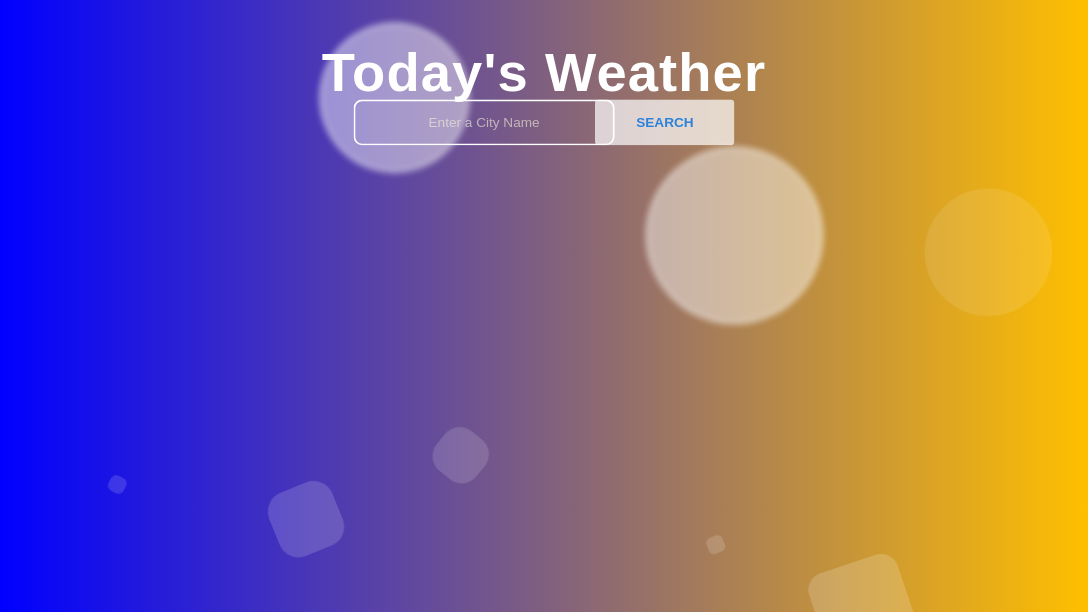
Repository: KayceeNguyen/bubleweather-app
Page: /
These files come from the project's save history. The page is drawn as it stood at one moment and after the next save; the edit follows.
The browser window is 1280 px wide. The pictures show the whole page, at 85% of full size.
The project was rebuilt for these pictures with package versions that can differ from the ones it lists, and the page was loaded fresh each time. The framework's server and built-in components were replaced by stand-ins that run in the browser. Also part of the build but not shown: next.config.js.

Above is the page before, as saved 2023-01-20 01:54:03.

### pages/index.js
import Head from 'next/head'
import Image from 'next/image'
import { Inter } from '@next/font/google'
import styles from '@/styles/Home.module.css'
import { useEffect, useState } from 'react'
import axios from 'axios'
// import { setMaxListeners } from 'events'


const inter = Inter({ subsets: ['latin'] })

export default function Home() {

  const [location, setLocation] = useState('');
  const [data, setData] = useState({});
  const [weather, setWeather] = useState('');
  const [wind, setWind] = useState('');
  const [errorMessage, setErrorMessage] = useState('');
  const [icon, setIcon] = useState('');
  const [country, setCountry] = useState('');

  var apiKey = "a26e0a15f49a8c5e5634e795262ea5cd"
  var lang = "en";
  var units = "metric";
  const url = `https://api.openweathermap.org/data/2.5/weather?q=${location}&units=${units}&appid=${apiKey}&lang=${lang}`

  // const iconApi = await fetch('http://openweathermap.org/img/w/' + iconName + '.png')
  //           this.setState({
  //               icon : iconApi.url
  //           })

  // const imageUrl = `https://api.openweathermap.org/img/weather?q=${data.weather.icon}`

  console.log(url);

  const searchLocation = (event) => {
    if(event.key === "Enter") {
      axios.get(url)
      .then((response) => {

        console.clear();
        setData(response.data)
        console.log(response.data);
        setWeather(response.data.weather);
        // setMaxListeners(response.data.main)
        setWind(response.data.wind);
        setIcon(response.data.icon);
        setCountry(response.data.country)
        setErrorMessage("")

      }).catch(err => {

        console.log(err);
        setErrorMessage("Please enter another location");
        setData({});
        setWeather({});
        setIcon();
        setWind();
        setCountry();

      })

      setLocation('')
    }


  }

  return (
    <>
      <Head>
        <title>Bubble Weather App</title>
        <meta name="description" content="Generated by create next app" />
        <meta name="viewport" content="width=device-width, initial-scale=1" />
        <link rel="icon" href="/cloudy.ico" />
      </Head>
      <main className={styles.main}>

          <div className={styles.area} >
            <ul className={styles.circles}>
                    <li></li>
                    <li></li>
                    <li></li>
                    <li></li>
                    <li></li>
                    <li></li>
                    <li></li>
                    <li></li>
                    <li></li>
                    <li></li>
            </ul>
          </div >

        <h1 className={styles.header}>Today's Weather</h1>

        <div className={styles.wrapper}>
                <div className={styles.shape1}></div>
                <div className={styles.shape2}></div>

          <div className={styles.searchContainer}>
            <input id={styles.input}

              value={location}
              onChange={event => setLocation(event.target.value)}
              placeholder ="Enter a City Name"
              onKeyDown={searchLocation}
              type="text"

            />

          <button className={styles.searchBtn}
            type="submit"
            onClick={setWeather}

          >SEARCH</button>


          </div>





      </div>

        {
          weather && data.weather?.map((w, index) => {
            return (

                <div className={styles.container} key={index}>

                  <h2 className={styles.name}>{data.name}, {data.sys.country}</h2>

                  {/* <div className={styles.iconId}>{w.icon}</div> */}

                  <img className={styles.icon}
                    src={` http://openweathermap.org/img/wn/${w.icon}@2x.png`}
                  />

                  <br/>
                  <br/>
                  <br/>

                  <div className={styles.temp}>{data.main.temp}&#176;C</div>
                  <div className={styles.feelLike}>Feel Like: {data.main.feels_like}&#176;C</div>
                  <br/>



                  <div className={styles.desc}>
                    <div>{w.description} | {w.main}</div>
                    {/* <div>{w.imgUrl}</div> */}
                  </div>

                  <br/>
                  <br/>

                  <div className={styles.tempContainer}>

                    <div className={styles.low}>
                        <h4 className={styles.tittle}>Lowest Temp</h4>
                        <h4 className={styles.tempMin}>{data.main.temp_min}&#176;C</h4>
                    </div>

                    <div className={styles.high}>
                        <h4 className={styles.tittle}>Highest Temp</h4>
                        <div className={styles.tempMax}>{data.main.temp_max}&#176;C</div>
                    </div>

                  </div>

                  <br/>
                  <br/>


                      <div className={styles.wind}>
                        <h4 className={styles.tittle}>Wind gust</h4>
                        <div className={styles.windNum}>{data.wind.gust} m/s</div>
                      </div>


                </div>


            )
          })
        }





      </main>
    </>
  )
}

### styles/Home.module.css
.main {
  display: flex;
  flex-direction: column;
  justify-content: space-between;
  align-items: center;
  padding: 6rem;
  min-height: 100vh;
  font-family: Arial, Helvetica, sans-serif;
  color: white;
}

.description {
  display: inherit;
  justify-content: inherit;
  align-items: inherit;
  font-size: 0.85rem;
  max-width: var(--max-width);
  width: 100%;
  z-index: 2;
  font-family: var(--font-mono);
}

.description a {
  display: flex;
  justify-content: center;
  align-items: center;
  gap: 0.5rem;
}

.description p {
  position: relative;
  margin: 0;
  padding: 1rem;
  background-color: rgba(var(--callout-rgb), 0.5);
  border: 1px solid rgba(var(--callout-border-rgb), 0.3);
  border-radius: var(--border-radius);
}

.code {
  font-weight: 700;
  font-family: var(--font-mono);
}

.grid {
  display: grid;
  grid-template-columns: repeat(4, minmax(25%, auto));
  width: var(--max-width);
  max-width: 100%;
}

.card {
  padding: 1rem 1.2rem;
  border-radius: var(--border-radius);
  background: rgba(var(--card-rgb), 0);
  border: 1px solid rgba(var(--card-border-rgb), 0);
  transition: background 200ms, border 200ms;
}

.card span {
  display: inline-block;
  transition: transform 200ms;
}

.card h2 {
  font-weight: 600;
  margin-bottom: 0.7rem;
}

.card p {
  margin: 0;
  opacity: 0.6;
  font-size: 0.9rem;
  line-height: 1.5;
  max-width: 30ch;
}

.center {
  display: flex;
  justify-content: center;
  align-items: center;
  position: relative;
  padding: 4rem 0;
}

.center::before {
  background: var(--secondary-glow);
  border-radius: 50%;
  width: 480px;
  height: 360px;
  margin-left: -400px;
}

.center::after {
  background: var(--primary-glow);
  width: 240px;
  height: 180px;
  z-index: -1;
}

.center::before,
.center::after {
  content: '';
  left: 50%;
  position: absolute;
  filter: blur(45px);
  transform: translateZ(0);
}

.logo,
.thirteen {
  position: relative;
}

.thirteen {
  display: flex;
  justify-content: center;
  align-items: center;
  width: 75px;
  height: 75px;
  padding: 25px 10px;
  margin-left: 16px;
  transform: translateZ(0);
  border-radius: var(--border-radius);
  overflow: hidden;
  box-shadow: 0px 2px 8px -1px #0000001a;
}

.thirteen::before,
.thirteen::after {
  content: '';
  position: absolute;
  z-index: -1;
}

/* Conic Gradient Animation */
.thirteen::before {
  animation: 6s rotate linear infinite;
  width: 200%;
  height: 200%;
  background: var(--tile-border);
}

/* Inner Square */
.thirteen::after {
  inset: 0;
  padding: 1px;
  border-radius: var(--border-radius);
  background: linear-gradient(
    to bottom right,
    rgba(var(--tile-start-rgb), 1),
    rgba(var(--tile-end-rgb), 1)
  );
  background-clip: content-box;
}

/* Enable hover only on non-touch devices */
@media (hover: hover) and (pointer: fine) {
  .card:hover {
    background: rgba(var(--card-rgb), 0.1);
    border: 1px solid rgba(var(--card-border-rgb), 0.15);
  }

  .card:hover span {
    transform: translateX(4px);
  }
}

@media (prefers-reduced-motion) {
  .thirteen::before {
    animation: none;
  }

  .card:hover span {
    transform: none;
  }
}

/* Mobile */
@media (max-width: 700px) {
  .content {
    padding: 4rem;
  }

  .grid {
    grid-template-columns: 1fr;
    margin-bottom: 120px;
    max-width: 320px;
    text-align: center;
  }

  .card {
    padding: 1rem 2.5rem;
  }

  .card h2 {
    margin-bottom: 0.5rem;
  }

  .center {
    padding: 8rem 0 6rem;
  }

  .center::before {
    transform: none;
    height: 300px;
  }

  .description {
    font-size: 0.8rem;
  }

  .description a {
    padding: 1rem;
  }

  .description p,
  .description div {
    display: flex;
    justify-content: center;
    position: fixed;
    width: 100%;
  }

  .description p {
    align-items: center;
    inset: 0 0 auto;
    padding: 2rem 1rem 1.4rem;
    border-radius: 0;
    border: none;
    border-bottom: 1px solid rgba(var(--callout-border-rgb), 0.25);
    background: linear-gradient(
      to bottom,
      rgba(var(--background-start-rgb), 1),
      rgba(var(--callout-rgb), 0.5)
    );
    background-clip: padding-box;
    backdrop-filter: blur(24px);
  }

  .description div {
    align-items: flex-end;
    pointer-events: none;
    inset: auto 0 0;
    padding: 2rem;
    height: 200px;
    background: linear-gradient(
      to bottom,
      transparent 0%,
      rgb(var(--background-end-rgb)) 40%
    );
    z-index: 1;
  }
}

/* Tablet and Smaller Desktop */
@media (min-width: 701px) and (max-width: 1120px) {
  .grid {
    grid-template-columns: repeat(2, 50%);
  }
}

@media (prefers-color-scheme: dark) {
  .vercelLogo {
    filter: invert(1);
  }

  .logo,
  .thirteen img {
    filter: invert(1) drop-shadow(0 0 0.3rem #ffffff70);
  }
}

@keyframes rotate {
  from {
    transform: rotate(360deg);
  }
  to {
    transform: rotate(0deg);
  }
}

/****************GRADIENT BACKGROUND****************/

.main {
  /* height: 100vw; */
  background: linear-gradient(to right, #ffbf00, #00f); /* Set the initial gradient */
  background-size: 200% 100%; /* Increase the size of the gradient */
  animation: gradient 15s ease infinite; /* Animate the gradient */
}

@keyframes gradient {
  0% {
    background-position: 0% 50%; /* Set the starting position of the gradient */
  }
  50% {
    background-position: 100% 50%; /* Shift the gradient to the right */
  }
  100% {
    background-position: 0% 50%; /* Shift the gradient back to the left */
  }
}

/* Change the colors of the gradient as the cursor moves */
.main:hover {
  background: linear-gradient(to right, #00f, #ffbf00);
}

.header {
  font-weight: bold;
  font-size: 4rem;
  letter-spacing: 0.02em;
  padding: 0 0 30px 0;
  position: absolute;
  top: 3rem;
}

.wrapper {
  font-size: 16px;
  width: 100vw;
  max-width: 28em;
  position: absolute;
  transform: translate(-50%, -50%);
  top: 20%;
  left: 50%;
}

.shape, .shape1, .shape2 {
  position: absolute;
  background-color: hsl(0, 0%, 100%, 45%);
  filter: blur(4px);
  border: 2px solid hsl(0, 0%, 100%, 80%);
  border-radius: 50%;
}


.shape1 {
  height: 13em;
  width: 13em;
  right: -6.5em;
  top: 1.8em;
}

.shape2 {
  height: 11em;
  width: 11em;
  bottom: -3.7em;
  left: -2.5em;
}

.searchContainer {
  display: flex;
  align-items: center;
}

#input {
  font-size: 1em;
  font-family: Arial, Helvetica, sans-serif;
  margin: auto;
  position: absolute;
  display: inline-block;
  text-align: center;
  align-items: center;
  padding-left: 3em;
  padding-right: 3em;
  padding-top: 1em;
  padding-bottom: 1em;

  background-color: transparent;
  border: 2px solid white;
  color: white;
  font-weight: 300;
  border-radius: 10px;
}

#input::placeholder {
  color: hsl(60, 56%, 91%, 0.6);
}

.searchBtn {
  outline: none;
  font-family: Arial, Helvetica, sans-serif;
  right: 0px;
  position: absolute;
  display: flex;
  text-align: center;
  align-items: center;
  justify-content: center;
  display: inline-block;
  font-size: 1em;
  border: none;

  padding-left: 3em;
  padding-right: 3em;
  padding-top: 1.1em;
  padding-bottom: 1.1em;

  color: hsl(210, 70%, 51%);
  background-color: hsl(0, 0%, 100%, 70%);
  border-radius: 0.3em;
  font-weight: 800;
}

.name {
  text-align: center;
  position: relative;
}

.container {
  position: absolute;
  top: 0;


  display: flex;
  flex-direction: column;
  justify-content: space-between;
  align-items: center;
  padding: 6rem;
  margin: 10rem;

  width: 100%;
  border-radius: 1em;
  text-align: center;

  background: hsl(0, 0%, 100%, 20%);
  backdrop-filter: blur(10px);
  padding: 3em 1.8em;
  border: 4px solid rgba(255, 255, 255, 0.7);
}

.desc {
  text-align: center;
  position: absolute;
  /* top: 12rem; */
}

.temp {
  font-size: 8em;
}

.tempContainer {
  display: flex;
  justify-content: center;
}

.tempContainer div {
  padding: 0.3em 1em;
}

.tempContainer div:first-child {
  border-right: 1px solid white;
}

.tempContainer .tittle {
  font-weight: 600;
  color: var(--white);
}

.tempContainer .temp {
  font-weight: 300;
  padding: 3em;
  color: var(--off-white);
}

.tempMin, .tempMax {
  font-weight: 100;
  padding: 5px;
  position: relative;
  display: inline-block;
  left: 0;

}

@media screen and (max-width: 450px) {
  .wrapper {
    font-size: 14px;
  }
}

/* .icon {
  padding-top: 2rem;
} */

.tittle {
  padding: 10px;
}

.area{
  background: -webkit-linear-gradient(to left, #C8102E, #446eac);
  width: 100vw;
  height:100%;
}

.circles{
  position: absolute;
  top: 0;
  left: 0;
  width: 100%;
  height: 100%;
  overflow: hidden;
}

.circles li{
  position: absolute;
  display: block;
  list-style: none;
  width: 20px;
  height: 20px;
  background: rgba(255, 255, 255, 0.2);
  animation: animate 25s linear infinite;
  bottom: -150px;
}

.circles li:nth-child(1){
  left: 25%;
  width: 80px;
  height: 80px;
  animation-delay: 0s;
}


.circles li:nth-child(2){
  left: 10%;
  width: 20px;
  height: 20px;
  animation-delay: 2s;
  animation-duration: 12s;
}

.circles li:nth-child(3){
  left: 70%;
  width: 20px;
  height: 20px;
  animation-delay: 4s;
}

.circles li:nth-child(4){
  left: 40%;
  width: 60px;
  height: 60px;
  animation-delay: 0s;
  animation-duration: 18s;
}

.circles li:nth-child(5){
  left: 65%;
  width: 20px;
  height: 20px;
  animation-delay: 0s;
}

.circles li:nth-child(6){
  left: 75%;
  width: 110px;
  height: 110px;
  animation-delay: 3s;
}

.circles li:nth-child(7){
  left: 35%;
  width: 150px;
  height: 150px;
  animation-delay: 7s;
}

.circles li:nth-child(8){
  left: 50%;
  width: 25px;
  height: 25px;
  animation-delay: 15s;
  animation-duration: 45s;
}

.circles li:nth-child(9){
  left: 20%;
  width: 15px;
  height: 15px;
  animation-delay: 2s;
  animation-duration: 35s;
}

.circles li:nth-child(10){
  left: 85%;
  width: 150px;
  height: 150px;
  animation-delay: 0s;
  animation-duration: 11s;
}



@keyframes animate {

  0%{
      transform: translateY(0) rotate(0deg);
      opacity: 1;
      border-radius: 10%;
  }

  100%{
      transform: translateY(-1000px) rotate(720deg);
      opacity: 0;
      border-radius: 100%;
  }

}

Loaded but not shown: pages/_app.js (common file); pages/_document.js (common file); styles/globals.css (common file)

After the next save:
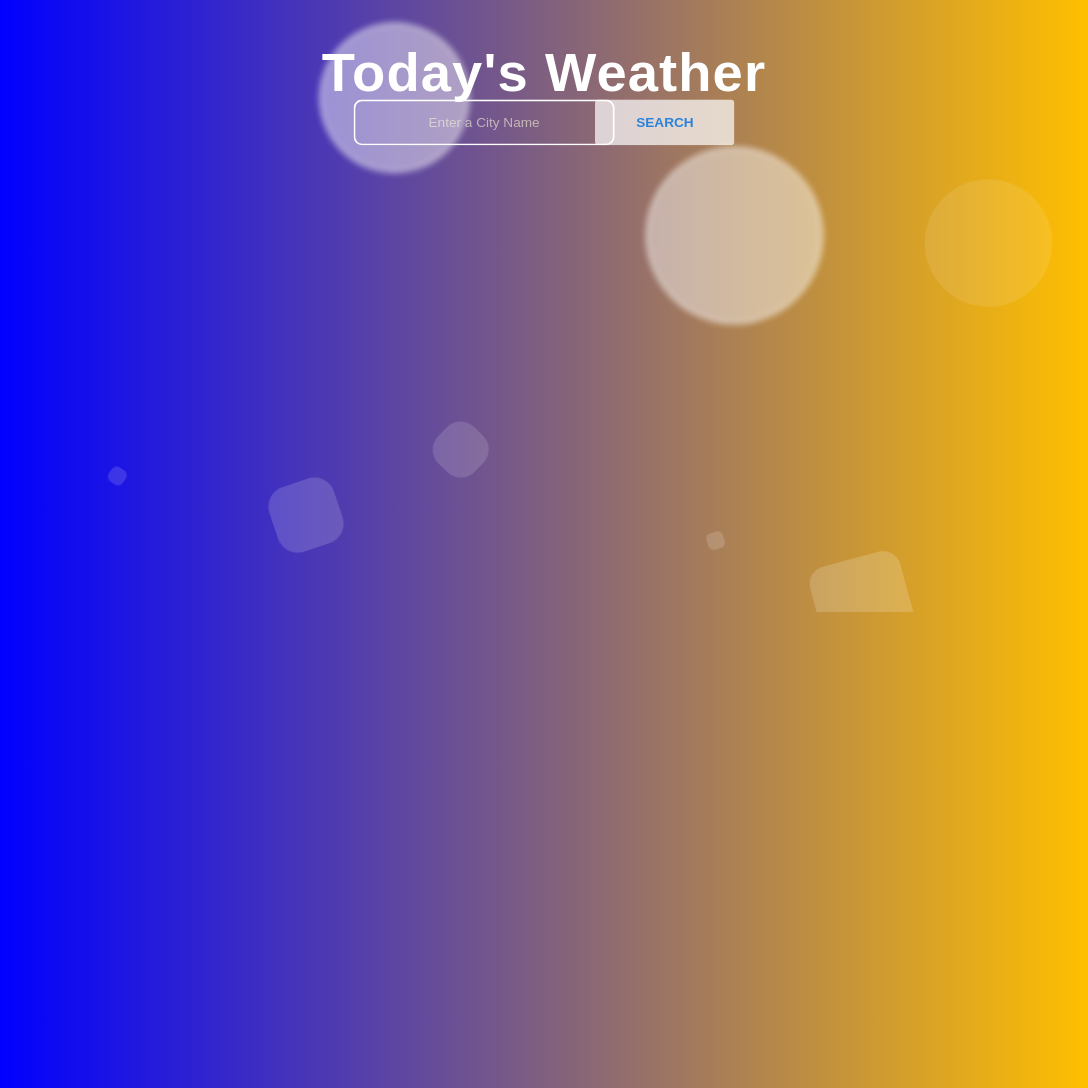
Saved 7 s later.
--- a/styles/Home.module.css
+++ b/styles/Home.module.css
@@ -282,7 +282,7 @@
 /****************GRADIENT BACKGROUND****************/
 
 .main {
-  /* height: 100vw; */
+  height: 100vw;
   background: linear-gradient(to right, #ffbf00, #00f); /* Set the initial gradient */
   background-size: 200% 100%; /* Increase the size of the gradient */
   animation: gradient 15s ease infinite; /* Animate the gradient */
